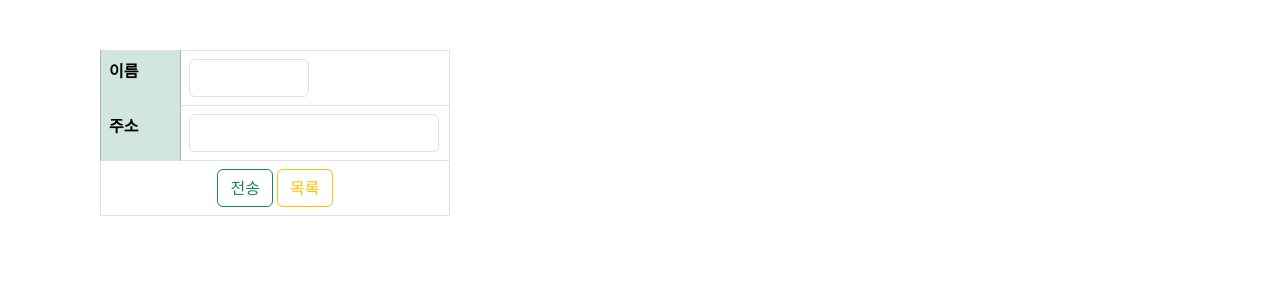
Repository: GANADAG/jspProject
Page: http://localhost/JspProject/info/updateform.jsp
The author's editor kept a copy of each file at every save. The page is drawn from the files as they stood at one save, then again after the next save.
The browser window is 1280 px wide. The pictures show the whole page.
Some web fonts or font styles are not loaded; a fallback is used. The page is served by Tomcat 9. Other server files are loaded and not shown.

Above is the page before, as saved 2024-02-29 05:25:41.

### JspProject/src/main/webapp/info/updateform.jsp
<%@ page language="java" contentType="text/html; charset=UTF-8"
    pageEncoding="UTF-8"%>
<!DOCTYPE html>
<html>
<head>
<meta charset="UTF-8">
<link href="https://cdn.jsdelivr.net/npm/bootstrap@5.3.2/dist/css/bootstrap.min.css" rel="stylesheet">
<link href="https://fonts.googleapis.com/css2?family=Diphylleia&family=Dongle&family=Noto+Sans+KR:wght@100..900&family=Orbit&family=Stylish&display=swap" rel="stylesheet">
<script src="https://code.jquery.com/jquery-3.7.0.js"></script>

<title>Insert title here</title>
</head>
<body>
	<div style="margin: 50px 100px;">
		<form action="addaction.jsp" method="post">
			<table class="table table-bordered" style="width: 350px;">
				<tr>
					<th class="table-success" width="80">이름</th>
					<td>
						<input type="text" name="name" palceholder="이름"
						required="required" class="form-control" style="width:120px">
					</td>
				</tr>

				<tr>
					<th class="table-success" width="80">주소</th>
					<td>
						<input type="text" name="addr" palceholder="주소"
						required="required" class="form-control" style="width:250px">
					</td>
				</tr>

				<tr>
					<td colspan="2" align="center">
						<input type="submit" value="전송" class="btn btn-outline-success">
						<input type="button" value="목록" class="btn btn-outline-warning"
						onclick="location.href=list.jsp">

					</td>
				</tr>
			</table>
		</form>

	</div>
</body>
</html>

After the next save:
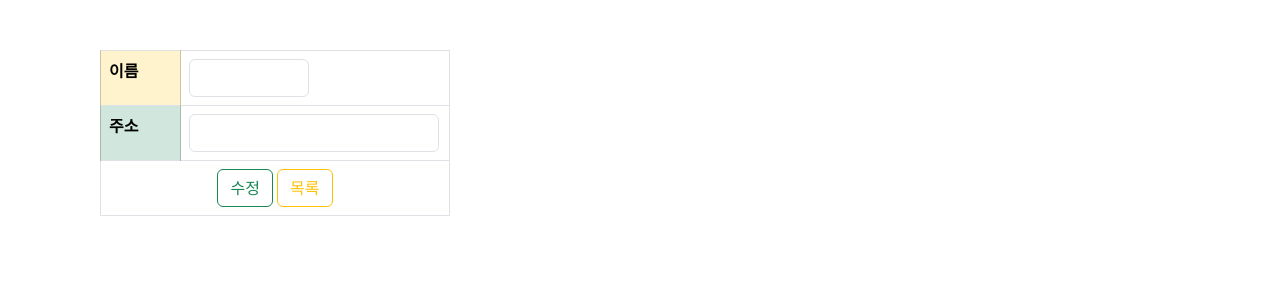
Saved 3 min 55 s later.
--- a/JspProject/src/main/webapp/info/updateform.jsp
+++ b/JspProject/src/main/webapp/info/updateform.jsp
@@ -12,10 +12,10 @@
 </head>
 <body>
 	<div style="margin: 50px 100px;">
-		<form action="addaction.jsp" method="post">
+		<form action="updateaction.jsp" method="post">
 			<table class="table table-bordered" style="width: 350px;">
 				<tr>
-					<th class="table-success" width="80">이름</th>
+					<th class="table-warning" width="80">이름</th>
 					<td>
 						<input type="text" name="name" palceholder="이름"
 						required="required" class="form-control" style="width:120px">
@@ -32,7 +32,7 @@
 
 				<tr>
 					<td colspan="2" align="center">
-						<input type="submit" value="전송" class="btn btn-outline-success">
+						<input type="submit" value="수정" class="btn btn-outline-success">
 						<input type="button" value="목록" class="btn btn-outline-warning"
 						onclick="location.href=list.jsp">
 
